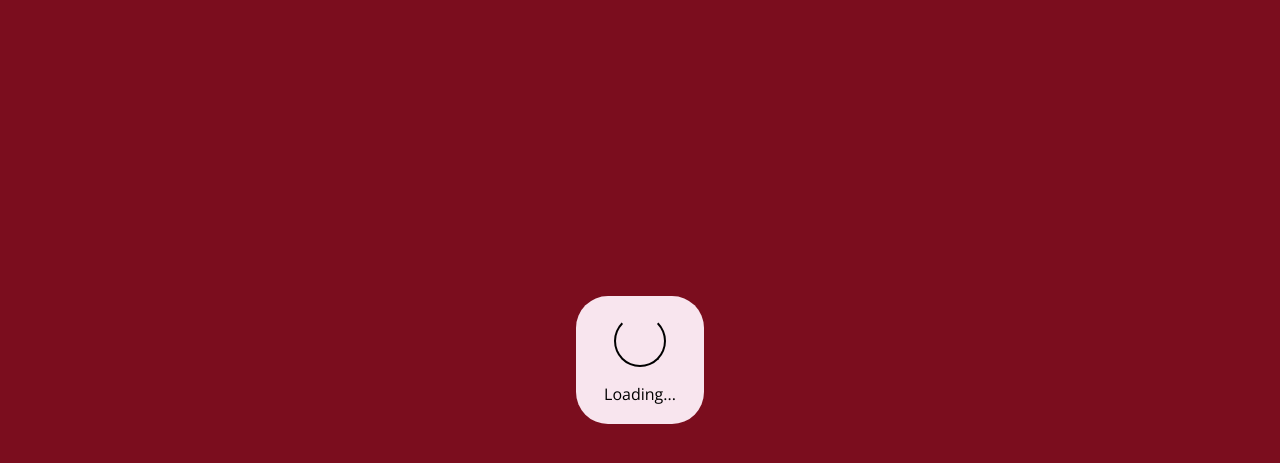
Repository: EguJaredoBoyd/Jared-Quote-Generator
Page: index.html
These files come from the project's save history. The page is drawn as it stood at one moment and after the next save; the edit follows.
The browser window is 1280 px wide. The pictures show the whole page.
Some web libraries are served in a nearby version.

Above is the page before, as saved 2026-01-13 00:26:08.

### index.html
<!DOCTYPE html>
<html lang="en">
  <head>
    <meta charset="UTF-8" />
    <meta name="viewport" content="width=device-width, initial-scale=1.0" />
    <link rel="stylesheet" href="../css/style.css" />
    <link
      href="https://cdn.jsdelivr.net/npm/remixicon@4.8.0/fonts/remixicon.css"
      rel="stylesheet"
    />
    <link rel="preconnect" href="https://fonts.googleapis.com" />
    <link rel="preconnect" href="https://fonts.gstatic.com" crossorigin />
    <link
      href="https://fonts.googleapis.com/css2?family=Open+Sans:ital,wght@0,300..800;1,300..800&display=swap"
      rel="stylesheet"
    />
    <title>Document</title>
  </head>
  <body>
    <div class="loading-container">
      <main class="loading-wrapper">
        <div></div>
        <p>Loading...</p>
      </main>
    </div>
  </body>
</html>

### css/style.css
* {
  margin: 0;
  padding: 0;
  box-sizing: border-box;

  /* outline: 1px solid blue; */
}

:root {
  --background-color: #7b0d1e;
  --card-color: #f8e5ee;
  --text-color: black;
  --button-color: #7b0d1e;
}

html {
  font-size: 16px;
}

.lighter-theme {
  --background-color: #f8e5ee;
  --card-color: #7b0d1e;
  --text-color: whitesmoke;
  --button-color: #f8e5ee;
}

/* Loading Page Styles */
.loading-container {
  display: flex;
  justify-content: center;
  align-items: center;
  height: 100vh;
}

.loading-wrapper {
  display: flex;
  flex-direction: column;
  align-items: center;
  justify-content: center;
  row-gap: 1rem;
  height: 8rem;
  width: 8rem;
  border-radius: 2rem;
  background-color: var(--card-color);
  color: var(--text-color);
}

.loading-wrapper div {
  height: 2rem;
  width: 2rem;
  border: 2px solid var(--text-color);
  padding: 1.5rem;
  border-radius: 50%;
  border-top: 2px solid transparent;
  transform: rotate(360);
  transition: transfrom 2s linear infinite;
}

body {
  font-family: "Open Sans", sans-serif;
  background-color: var(--background-color);
  color: var(--text-color);
}

.container {
  height: 100vh;
  display: flex;
  flex-direction: column;
  justify-content: space-between;
  align-items: center;
}

header {
  display: flex;
  justify-content: flex-end;
  width: 100%;
}

header button {
  border: none;
  background: none;
  color: var(--card-color);
  font-size: larger;
  padding: 0.5rem;
}

.quote-container {
  display: flex;
  flex-direction: column;
  justify-content: space-evenly;
  align-items: center;
  height: 60vh;
  width: 100vw;
  max-width: 90vw;
  background-color: var(--card-color);
  border-radius: 1rem;
  position: relative;
}

.copy-alert {
  opacity: 0;
  top: 0;
  transform: translateY(0);
  position: absolute;
  font-size: 0.85rem;
  pointer-events: none;
  transition: all 0.3s ease;
}

.show {
  opacity: 1;
  transform: translateY(1rem);
}

.quote-container__copy {
  align-self: self-end;
  padding-right: 1rem;
}

.quote-container__copy button {
  background-color: var(--button-color);
  color: var(--card-color);
  border: none;
  border-radius: 1rem;
  padding: 0.2rem;
}

.quote-container__quotes {
  max-width: 100%;
  max-height: 100%;
}

.quote-container__quotes h3 {
  text-align: center;
}

.quote-container__quotes p {
  max-width: 100%;
  max-height: 40vh;
  overflow-y: auto;
  padding: 1rem 2rem;
  overflow-wrap: break-word;
  text-align: center;
}

.quote-container__quotes span {
  font-size: 1rem;
}

.quote-container__author {
  justify-self: end;
  padding-right: 1rem;
}

.quote-container__author h5 {
  font-weight: 300;
}

#quote-content,
#quote-author-id,
#m-dash {
  transition: opacity 0.3s ease-in-out;
}

.quote-container hr {
  width: 80%;
}

.quote-container__new--quote button {
  background-color: var(--button-color);
  color: var(--card-color);
  padding: 0.5rem;
  border: none;
  border-radius: 1rem;
  font-family: "Open Sans", sans-serif;
}

.footer__developer h6 {
  color: var(--card-color);
  font-weight: 300;
}

After the next save:
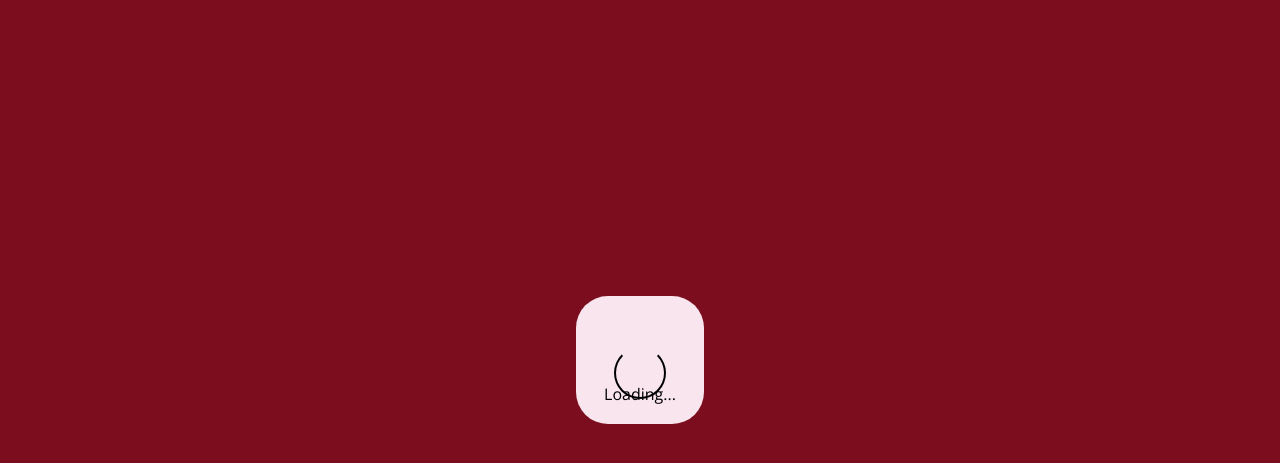
Saved 33 s later.
--- a/css/style.css
+++ b/css/style.css
@@ -52,7 +52,7 @@ html {
   padding: 1.5rem;
   border-radius: 50%;
   border-top: 2px solid transparent;
-  transform: rotate(360);
+  transform: translateY(2rem);
   transition: transfrom 2s linear infinite;
 }
 
